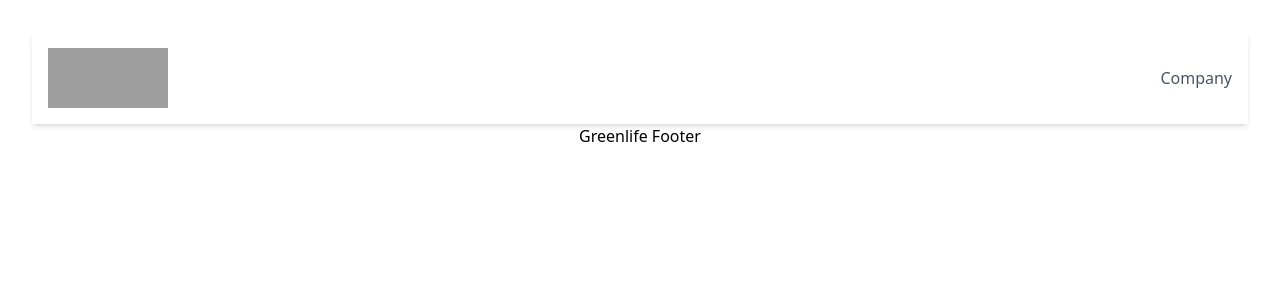
Repository: estevam02009/greenlife
Page: /
The author's editor kept a copy of each file at every save. The page is drawn from the files as they stood at one save, then again after the next save.
The browser window is 1280 px wide. The pictures show the whole page.
Pictures or frames that could not be fetched are drawn as grey boxes. The project was rebuilt for these pictures with package versions that can differ from the ones it lists, and the page was loaded fresh each time. Also part of the build but not shown: vite.config.js.

Above is the page before, as saved 2025-07-23 09:41:29.

### src/index.css
@import 'tailwindcss';
/* :root {
  font-family: system-ui, Avenir, Helvetica, Arial, sans-serif;
  line-height: 1.5;
  font-weight: 400;

  color-scheme: light dark;
  color: rgba(255, 255, 255, 0.87);
  background-color: #242424;

  font-synthesis: none;
  text-rendering: optimizeLegibility;
  -webkit-font-smoothing: antialiased;
  -moz-osx-font-smoothing: grayscale;
}

a {
  font-weight: 500;
  color: #646cff;
  text-decoration: inherit;
}
a:hover {
  color: #535bf2;
}

body {
  margin: 0;
  display: flex;
  place-items: center;
  min-width: 320px;
  min-height: 100vh;
}

h1 {
  font-size: 3.2em;
  line-height: 1.1;
}

button {
  border-radius: 8px;
  border: 1px solid transparent;
  padding: 0.6em 1.2em;
  font-size: 1em;
  font-weight: 500;
  font-family: inherit;
  background-color: #1a1a1a;
  cursor: pointer;
  transition: border-color 0.25s;
}
button:hover {
  border-color: #646cff;
}
button:focus,
button:focus-visible {
  outline: 4px auto -webkit-focus-ring-color;
}

@media (prefers-color-scheme: light) {
  :root {
    color: #213547;
    background-color: #ffffff;
  }
  a:hover {
    color: #747bff;
  }
  button {
    background-color: #f9f9f9;
  }
} */

### src/App.jsx
import Navbar from './components/Navbar'
import Footer from './components/Footer'
import './App.css'

function App() {

  return (
    <div className=''>
      <Navbar />
      <Footer />
    </div>
  )
}

export default App

### src/components/Navbar.jsx
import React from "react"

const Navbar = () => {
    return (
        <nav className="bg-white p-4 shadow-md">
            <div className="container mx-auto flex items-center justify-between">
                {/* LOGO */}
                <div className="flex items-center">
                    <img src="https://greenlifecashew.com.br/wp-content/uploads/2021/05/logo_header.png" alt="Logo da Empresa" className="h-15 w-30 mr-2" />
                </div>
                {/* Navegação */}
                <ul className="flex space-x-6">
                    <li>
                        <a href="#" className="text-gray-600 hover:text-blue-600 transition duration-300">Company</a>
                    </li>
                </ul>
            </div>


        </nav>
    )
}

export default Navbar

### src/components/Footer.jsx
import React from "react"

const Footer = () => {
    return (
        <div>
            <h1>Greenlife Footer</h1>
        </div>
    )
}

export default Footer

Loaded but not shown: index.html (common file); src/main.jsx (common file); src/App.css (common file)

After the next save:
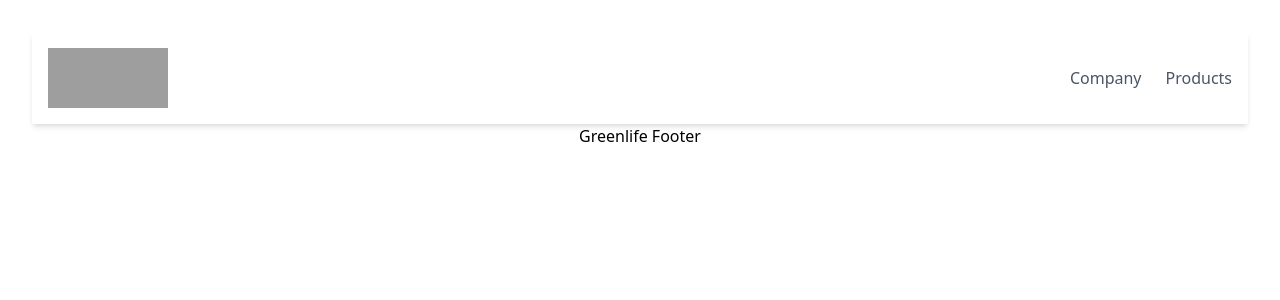
Saved 35 s later.
--- a/src/components/Navbar.jsx
+++ b/src/components/Navbar.jsx
@@ -13,6 +13,9 @@
                     <li>
                         <a href="#" className="text-gray-600 hover:text-blue-600 transition duration-300">Company</a>
                     </li>
+                    <li>
+                        <a href="#" className="text-gray-600 hover:text-blue-600 transition duration-300">Products</a>
+                    </li>
                 </ul>
             </div>
 
